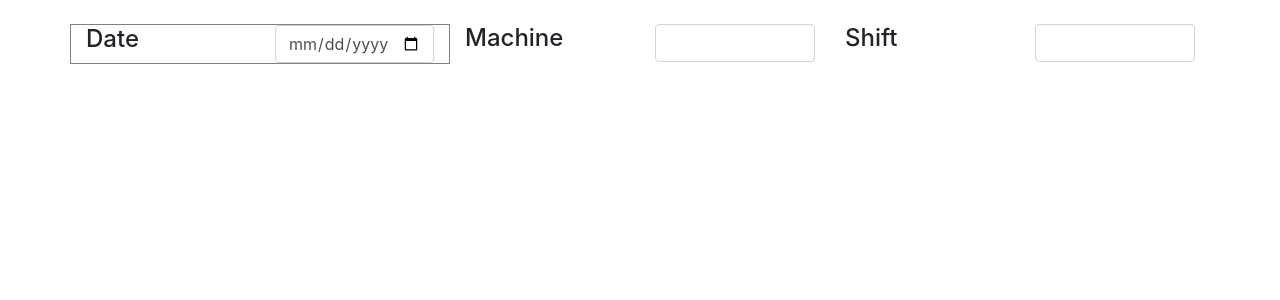
Repository: hisamit97/TVS-Locas
Page: index.html
These files come from the project's save history. The page is drawn as it stood at one moment and after the next save; the edit follows.
The browser window is 1280 px wide. The pictures show the whole page.

Above is the page before, as saved 2020-11-30 12:37:06.

### index.html
<html>

<head>
    <title>TVS LoCas</title>
    <link rel="stylesheet" href="https://cdn.jsdelivr.net/npm/bootstrap@4.5.3/dist/css/bootstrap.min.css" integrity="sha384-TX8t27EcRE3e/ihU7zmQxVncDAy5uIKz4rEkgIXeMed4M0jlfIDPvg6uqKI2xXr2" crossorigin="anonymous">

<!-- jQuery and JS bundle w/ Popper.js -->
<script src="https://code.jquery.com/jquery-3.5.1.slim.min.js" integrity="sha384-DfXdz2htPH0lsSSs5nCTpuj/zy4C+OGpamoFVy38MVBnE+IbbVYUew+OrCXaRkfj" crossorigin="anonymous"></script>
<script src="https://cdn.jsdelivr.net/npm/bootstrap@4.5.3/dist/js/bootstrap.bundle.min.js" integrity="sha384-ho+j7jyWK8fNQe+A12Hb8AhRq26LrZ/JpcUGGOn+Y7RsweNrtN/tE3MoK7ZeZDyx" crossorigin="anonymous"></script>
</head>
<body>
    <div class="container">
        <div class="row">
            <div class="col-md-4"></div>
            <div class="col-md-4"></div>
            <div class="col-md-4"></div>
        </div>
        <br>
        <div class="row">
            <div class="col-md-4">
                <div class="row" style="border:1px solid gray">
                    <div class="col-md-6"><h4>Date</h4></div>
                    <div class="col-md-6"><input type="date" class="form-control mr-3"></div>
                </div>
            </div>
            <div class="col-md-4">
                <div class="row">
                    <div class="col-md-6"><h4>Machine</h4></div>
                    <div class="col-md-6"><input type="text" class="form-control"></div>
                </div>
            </div>
            <div class="col-md-4">
                <div class="row">
                    <div class="col-md-6"><h4>Shift</h4></div>
                    <div class="col-md-6"><input type="text" class="form-control"></div>
                </div>
            </div>
        </div>
    </div>
</body>
</html>

After the next save:
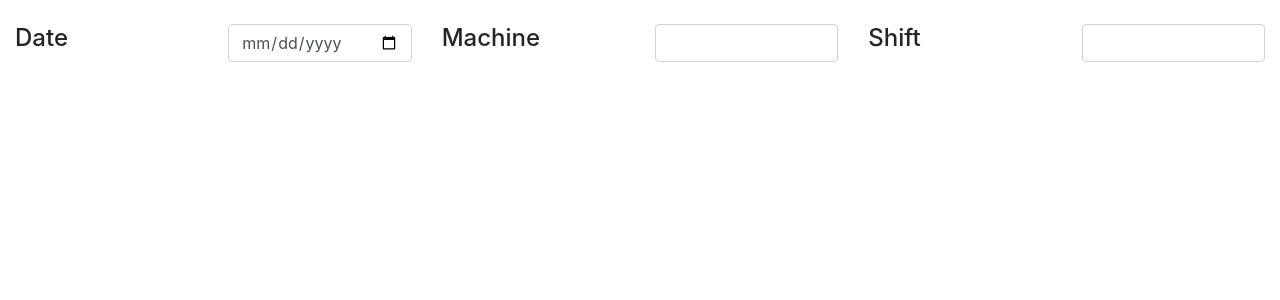
Saved 34 s later.
--- a/index.html
+++ b/index.html
@@ -9,16 +9,16 @@
 <script src="https://cdn.jsdelivr.net/npm/bootstrap@4.5.3/dist/js/bootstrap.bundle.min.js" integrity="sha384-ho+j7jyWK8fNQe+A12Hb8AhRq26LrZ/JpcUGGOn+Y7RsweNrtN/tE3MoK7ZeZDyx" crossorigin="anonymous"></script>
 </head>
 <body>
-    <div class="container">
+    <div class="container-fluid">
         <div class="row">
             <div class="col-md-4"></div>
             <div class="col-md-4"></div>
             <div class="col-md-4"></div>
         </div>
         <br>
-        <div class="row">
+        <div class="row" >
             <div class="col-md-4">
-                <div class="row" style="border:1px solid gray">
+                <div class="row">
                     <div class="col-md-6"><h4>Date</h4></div>
                     <div class="col-md-6"><input type="date" class="form-control mr-3"></div>
                 </div>
